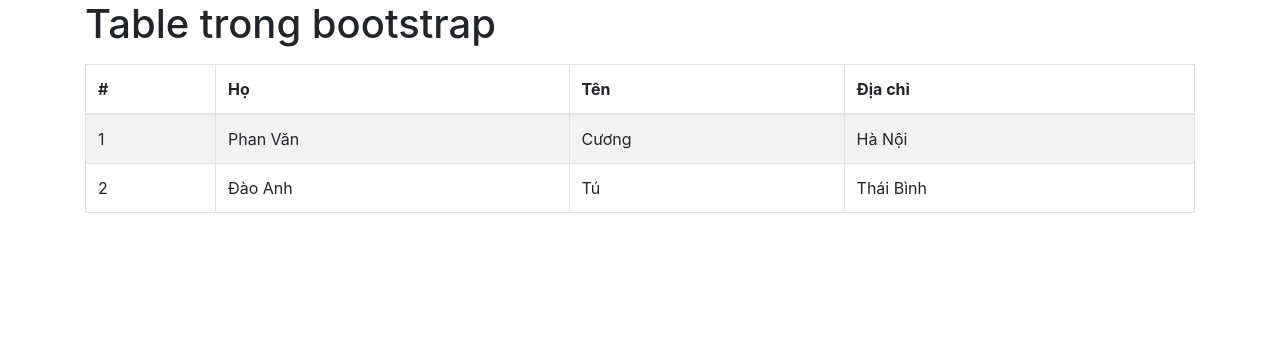
Repository: anhtu2110/front_end
Page: lesson/bootstrap/advance/5.2-table.html
These files come from the project's save history. The page is drawn as it stood at one moment and after the next save; the edit follows.
The browser window is 1280 px wide. The pictures show the whole page.

Above is the page before, as saved 2022-12-06 20:02:45.

### lesson/bootstrap/advance/5.2-table.html
<!DOCTYPE html>
<html lang="en">
  <head>
    <meta charset="UTF-8" />
    <meta http-equiv="X-UA-Compatible" content="IE=edge" />
    <meta name="viewport" content="width=device-width, initial-scale=1.0" />
    <link rel="stylesheet" href="./bootstrap/css/bootstrap.min.css" />
    <title>Table trong bootstrap</title>
  </head>
  <body>
    <div class="container">
      <div class="row">
        <div class="col-md-12">
          <h1 class="table">Table trong bootstrap</h1>
          <table class="table table-bordered table-striped table-hover">
            <thead>
              <tr>
                <th>#</th>
                <th>Họ</th>
                <th>Tên</th>
                <th>Địa chỉ</th>
              </tr>
            </thead>
            <tbody>
              <tr>
                <td>1</td>
                <td>Phan Văn</td>
                <td>Cương</td>
                <td>Hà Nội</td>
              </tr>
              <tr>
                <td>2</td>
                <td>Đào Anh</td>
                <td>Tú</td>
                <td>Thái Bình</td>
              </tr>
            </tbody>
          </table>
        </div>
      </div>
    </div>
    <script src="js/jquery-3.6.1.min.js"></script>
    <script src="js/popper.min.js"></script>
    <script src="./bootstrap/js/bootstrap.min.js"></script>
  </body>
</html>

Loaded but not shown: lesson/bootstrap/advance/bootstrap/css/bootstrap.min.css (library); lesson/bootstrap/advance/js/jquery-3.6.1.min.js (library); lesson/bootstrap/advance/js/popper.min.js (library); lesson/bootstrap/advance/bootstrap/js/bootstrap.min.js (library)

After the next save:
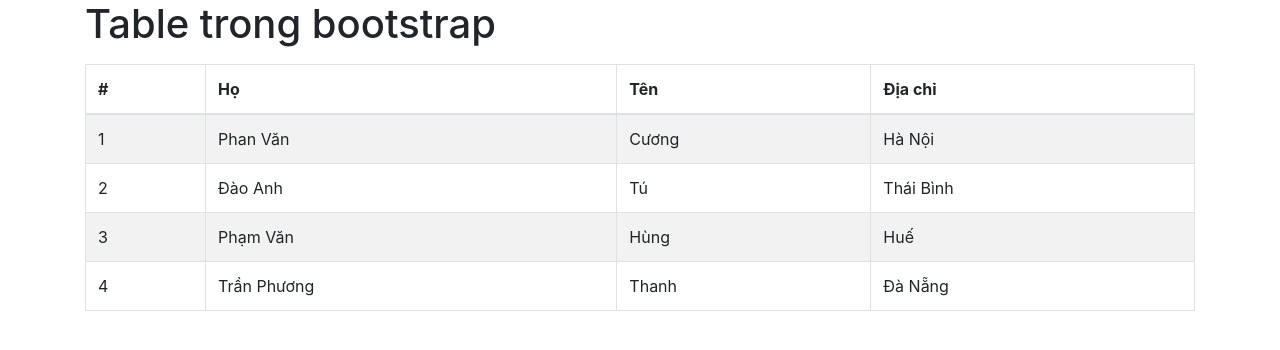
Saved 61 s later.
--- a/lesson/bootstrap/advance/5.2-table.html
+++ b/lesson/bootstrap/advance/5.2-table.html
@@ -34,6 +34,18 @@
                 <td>Tú</td>
                 <td>Thái Bình</td>
               </tr>
+              <tr>
+                <td>3</td>
+                <td>Phạm Văn</td>
+                <td>Hùng</td>
+                <td>Huế</td>
+              </tr>
+              <tr>
+                <td>4</td>
+                <td>Trần Phương</td>
+                <td>Thanh</td>
+                <td>Đà Nẵng</td>
+              </tr>
             </tbody>
           </table>
         </div>
